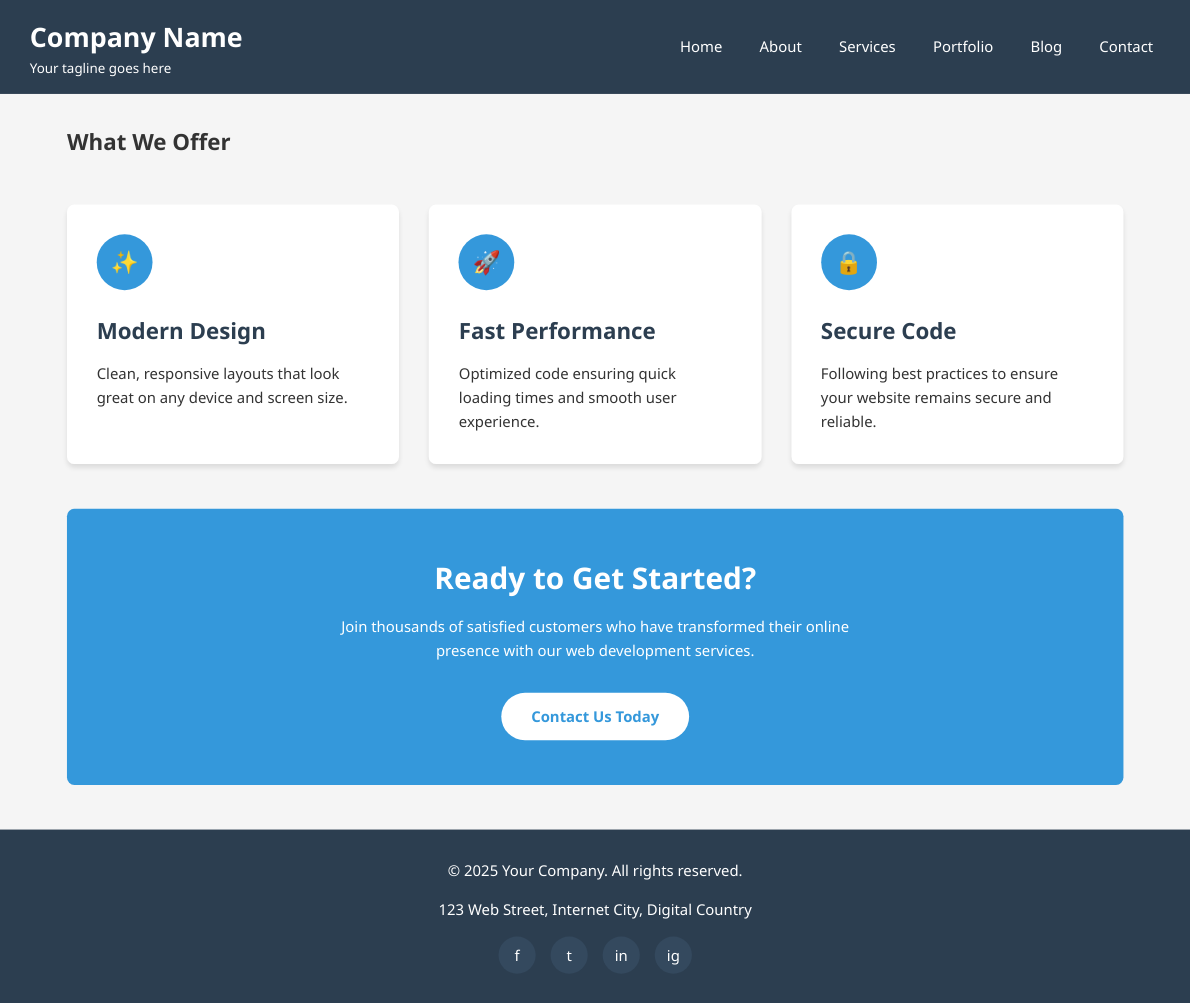
Repository: primcharlin/LINKO-A5Styleguide
Page: index.html
These files come from the project's save history. The page is drawn as it stood at one moment and after the next save; the edit follows.
The browser window is 1280 px wide. The pictures show the whole page, at 93% of full size.

Above is the page before, as saved 2025-04-09 13:47:40.

### index.html
<!DOCTYPE html>
<html lang="en">
<head>
    <meta charset="UTF-8">
    <meta name="viewport" content="width=device-width, initial-scale=1.0">
    <title>Modern Website</title>
    <link rel="stylesheet" href="styles.css">
</head>
<body>
    <header>
        <div class="logo">
            <h1>Company Name</h1>
            <p>Your tagline goes here</p>
        </div>

        <nav>
            <ul>
                <li><a href="#">Home</a></li>
                <li><a href="#">About</a></li>
                <li><a href="#">Services</a></li>
                <li><a href="#">Portfolio</a></li>
                <li><a href="#">Blog</a></li>
                <li><a href="#">Contact</a></li>
            </ul>
        </nav>
    </header>

    <main>
        <section>
            <h2>What We Offer</h2>
            <div class="features">
                <div class="feature-card">
                    <div class="feature-icon">✨</div>
                    <h3>Modern Design</h3>
                    <p>Clean, responsive layouts that look great on any device and screen size.</p>
                </div>

                <div class="feature-card">
                    <div class="feature-icon">🚀</div>
                    <h3>Fast Performance</h3>
                    <p>Optimized code ensuring quick loading times and smooth user experience.</p>
                </div>

                <div class="feature-card">
                    <div class="feature-icon">🔒</div>
                    <h3>Secure Code</h3>
                    <p>Following best practices to ensure your website remains secure and reliable.</p>
                </div>
            </div>
        </section>

        <section class="cta">
            <h2>Ready to Get Started?</h2>
            <p>Join thousands of satisfied customers who have transformed their online presence with our web development services.</p>
            <a href="#" class="btn">Contact Us Today</a>
        </section>
    </main>

    <footer>
        <p>© 2025 Your Company. All rights reserved.</p>
        <p>123 Web Street, Internet City, Digital Country</p>
        <div class="social-links">
            <a href="#" class="social-icon">f</a>
            <a href="#" class="social-icon">t</a>
            <a href="#" class="social-icon">in</a>
            <a href="#" class="social-icon">ig</a>
        </div>
    </footer>
</body>
</html>

### styles.css
/* Reset styles */
* {
    margin: 0;
    padding: 0;
    box-sizing: border-box;
    font-family: 'Segoe UI', Tahoma, Geneva, Verdana, sans-serif;
}

/* Body styles */
body {
    background-color: #f5f5f5;
    color: #333;
    line-height: 1.6;
}

/* Header styles */
header {
    background-color: #2c3e50;
    color: white;
    padding: 1rem 2rem;
    display: flex;
    justify-content: space-between;
    align-items: center;
}

.logo {
    display: flex;
    flex-direction: column;
}

header h1 {
    font-size: 1.8rem;
}

header p {
    font-size: 0.9rem;
}

/* Navigation styles */
nav {
    display: flex;
    align-items: center;
}

nav ul {
    display: flex;
    list-style: none;
    gap: 1.5rem;
}

nav a {
    color: white;
    text-decoration: none;
    font-weight: 500;
    transition: color 0.3s;
    padding: 0.5rem;
}

nav a:hover {
    color: #3498db;
}

/* Main content styles */
main {
    max-width: 1200px;
    margin: 2rem auto;
    padding: 0 2rem;
}

/* Features section */
.features {
    display: flex;
    flex-wrap: wrap;
    gap: 2rem;
    margin: 3rem 0;
}

.feature-card {
    flex: 1;
    min-width: 300px;
    background-color: white;
    padding: 2rem;
    border-radius: 8px;
    box-shadow: 0 4px 6px rgba(0, 0, 0, 0.1);
    transition: transform 0.3s, box-shadow 0.3s;
}

.feature-card:hover {
    transform: translateY(-5px);
    box-shadow: 0 10px 15px rgba(0, 0, 0, 0.1);
}

.feature-card h3 {
    color: #2c3e50;
    margin-bottom: 1rem;
    font-size: 1.5rem;
}

.feature-icon {
    background-color: #3498db;
    color: white;
    width: 60px;
    height: 60px;
    display: flex;
    align-items: center;
    justify-content: center;
    border-radius: 50%;
    margin-bottom: 1.5rem;
    font-size: 1.5rem;
}

/* CTA section */
.cta {
    background-color: #3498db;
    padding: 3rem 2rem;
    text-align: center;
    margin: 3rem 0;
    border-radius: 8px;
    color: white;
}

.cta h2 {
    font-size: 2rem;
    margin-bottom: 1rem;
}

.cta p {
    max-width: 600px;
    margin: 0 auto 2rem;
}

.btn {
    display: inline-block;
    background-color: white;
    color: #3498db;
    padding: 0.8rem 2rem;
    border-radius: 50px;
    text-decoration: none;
    font-weight: 600;
    transition: background-color 0.3s, transform 0.3s;
}

.btn:hover {
    background-color: #f5f5f5;
    transform: scale(1.05);
}

/* Footer styles */
footer {
    background-color: #2c3e50;
    color: white;
    padding: 2rem;
    text-align: center;
}

footer p {
    margin-bottom: 1rem;
}

.social-links {
    display: flex;
    justify-content: center;
    gap: 1rem;
    margin-top: 1rem;
}

.social-icon {
    background-color: #34495e;
    color: white;
    width: 40px;
    height: 40px;
    display: flex;
    align-items: center;
    justify-content: center;
    border-radius: 50%;
    text-decoration: none;
    transition: background-color 0.3s;
}

.social-icon:hover {
    background-color: #3498db;
}

/* Responsive styles */
@media (max-width: 900px) {
    header {
        flex-direction: column;
        padding: 1rem;
        text-align: center;
    }

    .logo {
        margin-bottom: 1rem;
    }

    nav ul {
        flex-wrap: wrap;
        justify-content: center;
        gap: 1rem 1.5rem;
    }
}

@media (max-width: 600px) {
    .features {
        flex-direction: column;
    }
}

After the next save:
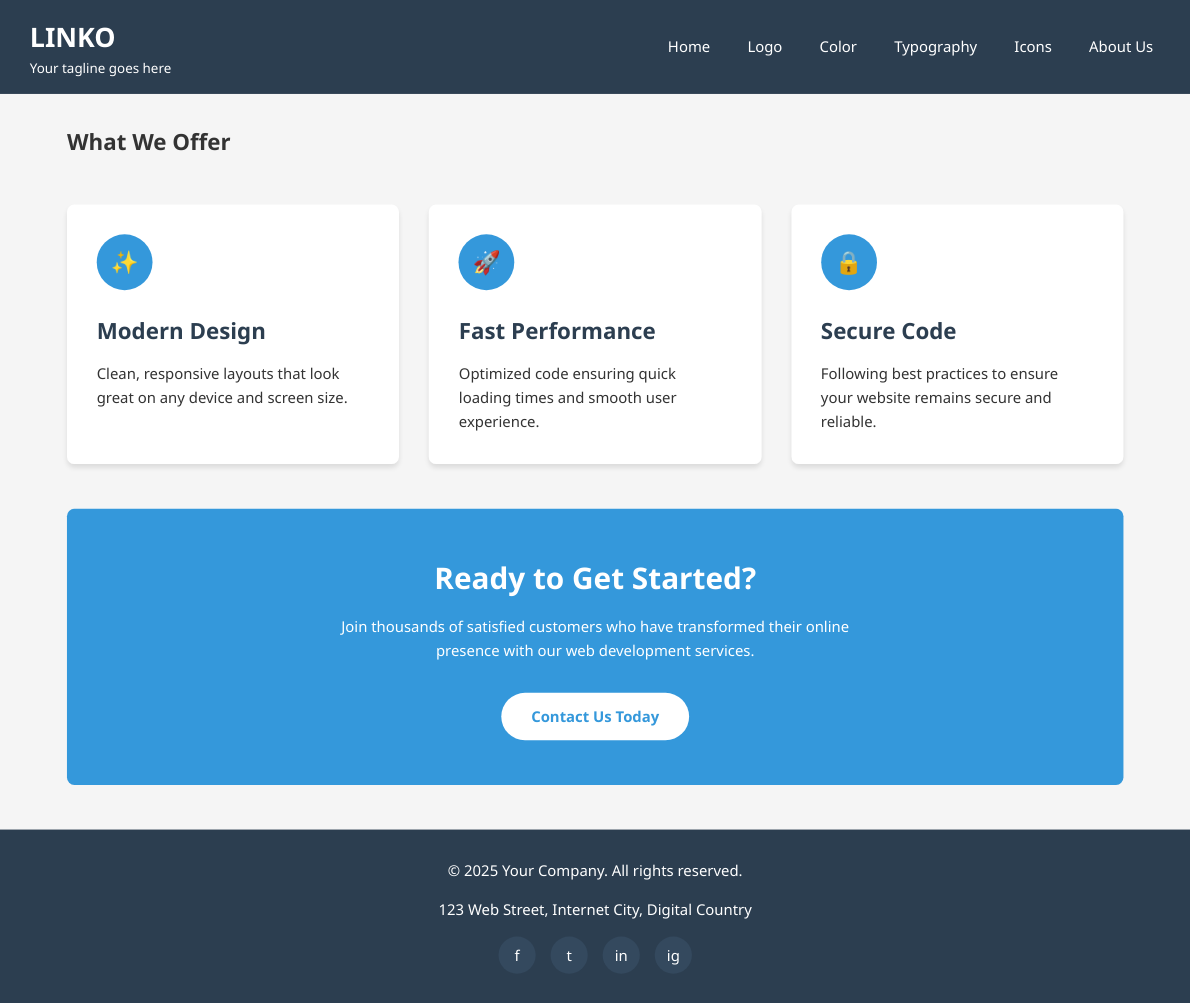
Saved 2 min 58 s later.
--- a/index.html
+++ b/index.html
@@ -9,18 +9,18 @@
 <body>
     <header>
         <div class="logo">
-            <h1>Company Name</h1>
+            <h1>LINKO</h1>
             <p>Your tagline goes here</p>
         </div>
 
         <nav>
             <ul>
                 <li><a href="#">Home</a></li>
-                <li><a href="#">About</a></li>
-                <li><a href="#">Services</a></li>
-                <li><a href="#">Portfolio</a></li>
-                <li><a href="#">Blog</a></li>
-                <li><a href="#">Contact</a></li>
+                <li><a href="#">Logo</a></li>
+                <li><a href="#">Color</a></li>
+                <li><a href="#">Typography</a></li>
+                <li><a href="#">Icons</a></li>
+                <li><a href="#">About Us</a></li>
             </ul>
         </nav>
     </header>
